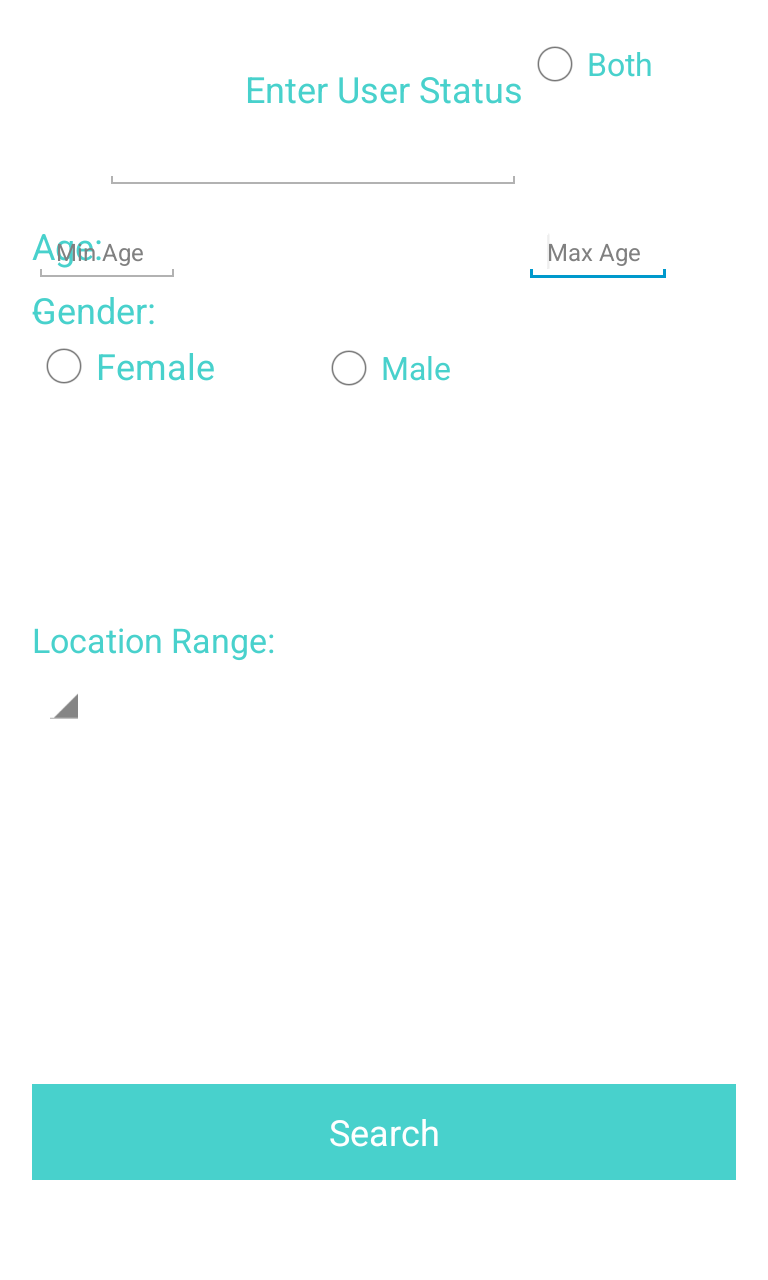
Repository: COMP231-S63G1/COMP231-S63G1
Layout: Wanna/res/layout/activity_search_user_filtration.xml
An editor plug-in stored every save of this project. The layout is shown before and after the next save, followed by the edit.
It is drawn on a 768 x 1280 px phone screen (xhdpi) without system bars, with theme AppTheme; the app's code is not run.

Above is the layout before, as saved 2014-11-27 17:32:38.

### Wanna/res/layout/activity_search_user_filtration.xml
<RelativeLayout xmlns:android="http://schemas.android.com/apk/res/android"
    xmlns:tools="http://schemas.android.com/tools"
    android:layout_width="match_parent"
    android:layout_height="match_parent"
    android:paddingBottom="@dimen/activity_vertical_margin"
    android:paddingLeft="@dimen/activity_horizontal_margin"
    android:paddingRight="@dimen/activity_horizontal_margin"
    android:paddingTop="@dimen/activity_vertical_margin"
    tools:context="com.example.wanna.SearchByStatus" >

    <TextView
        android:id="@+id/tvSearchUserStatus"
        android:layout_width="wrap_content"
        android:layout_height="wrap_content"
        android:layout_alignParentTop="true"
        android:layout_centerHorizontal="true"
        android:layout_marginTop="16dp"
        android:text="Enter User Status"
        android:textColor="#48D1CC"
        android:textSize="18sp" />

    <Button
        android:id="@+id/btnSearch"
        android:layout_width="fill_parent"
        android:layout_height="wrap_content"
        android:layout_alignParentBottom="true"
        android:layout_centerHorizontal="true"
        android:layout_marginBottom="34dp"
        android:background="#48D1CC"
        android:onClick="onSearchClick"
        android:text="Search"
        android:textColor="#ffffff" />

    <TextView
        android:id="@+id/tvAge"
        android:layout_width="wrap_content"
        android:layout_height="wrap_content"
        android:layout_alignLeft="@+id/btnSearch"
        android:layout_below="@+id/tvSearchUserStatus"
        android:layout_marginTop="54dp"
        android:text="Age:"
        android:textColor="#48D1CC"
        android:textSize="18sp" />

    <TextView
        android:id="@+id/tvdash"
        android:layout_width="wrap_content"
        android:layout_height="wrap_content"
        android:layout_alignLeft="@+id/btnSearch"
        android:layout_below="@+id/etMinAge"
        android:text="-"
        android:textColor="#48D1CC"
        android:textSize="18sp" />

    <TextView
        android:id="@+id/tvGender"
        android:layout_width="wrap_content"
        android:layout_height="wrap_content"
        android:layout_alignLeft="@+id/btnSearch"
        android:layout_below="@+id/etMaxAge"
        android:text="Gender:"
        android:textColor="#48D1CC"
        android:textSize="18sp" />

    <RadioGroup
        android:id="@+id/rgFilterGender"
        android:layout_width="wrap_content"
        android:layout_height="wrap_content"
        android:layout_alignLeft="@+id/btnSearch"
        android:layout_below="@+id/textView1"
        android:orientation="vertical" >
    </RadioGroup>

    <EditText
        android:id="@+id/etStatus"
        android:layout_width="wrap_content"
        android:layout_height="wrap_content"
        android:layout_below="@+id/tvSearchUserStatus"
        android:layout_toRightOf="@+id/tvAge"
        android:ems="10"
        android:inputType="text" />

    <EditText
        android:id="@+id/etMaxAge"
        android:layout_width="75sp"
        android:layout_height="wrap_content"
        android:layout_above="@+id/tvdash"
        android:layout_toRightOf="@+id/tvSearchUserStatus"
        android:ems="10"
        android:hint="Max Age"
        android:inputType="number"
        android:textSize="12sp" >

        <requestFocus />
    </EditText>

    <RadioButton
        android:id="@+id/rbtnFemale"
        android:layout_width="wrap_content"
        android:layout_height="wrap_content"
        android:layout_alignLeft="@+id/btnSearch"
        android:layout_below="@+id/tvdash"
        android:text="Female"
        android:textColor="#48D1CC"
        android:textSize="18sp" />

    <RadioButton
        android:id="@+id/rbtnMale"
        android:layout_width="wrap_content"
        android:layout_height="wrap_content"
        android:layout_alignBaseline="@+id/rbtnFemale"
        android:layout_alignBottom="@+id/rbtnFemale"
        android:layout_centerHorizontal="true"
        android:text="Male"
        android:textColor="#48D1CC" />

    <RadioButton
        android:id="@+id/rbtnBoth"
        android:layout_width="wrap_content"
        android:layout_height="wrap_content"
        android:layout_alignBaseline="@+id/radioButton1"
        android:layout_alignBottom="@+id/radioButton1"
        android:layout_toRightOf="@+id/tvSearchUserStatus"
        android:text="Both"
        android:textColor="#48D1CC" />

    <TextView
        android:id="@+id/textView1"
        android:layout_width="wrap_content"
        android:layout_height="wrap_content"
        android:layout_alignLeft="@+id/rgFilterGender"
        android:layout_centerVertical="true"
        android:text="Location Range:"
        android:textColor="#48D1CC"
        android:textSize="17sp" />

    <EditText
        android:id="@+id/etMinAge"
        android:layout_width="75sp"
        android:layout_height="wrap_content"
        android:layout_alignLeft="@+id/radioButton1"
        android:layout_alignTop="@+id/tvAge"
        android:ems="10"
        android:hint="Min Age"
        android:inputType="number"
        android:textSize="12sp" />

     <Spinner
         android:id="@+id/locationRange"
         android:layout_width="wrap_content"
         android:layout_height="wrap_content"
         android:layout_alignTop="@+id/rgFilterGender"
         android:layout_toRightOf="@+id/tvdash" />

</RelativeLayout>

Loaded but not shown: Wanna/res/values/styles.xml (common file); Wanna/res/values-v11/styles.xml (common file); Wanna/res/values-v14/styles.xml (common file); Wanna/res/values/dimens.xml (common file); Wanna/res/values-w820dp/dimens.xml (common file)

After the next save:
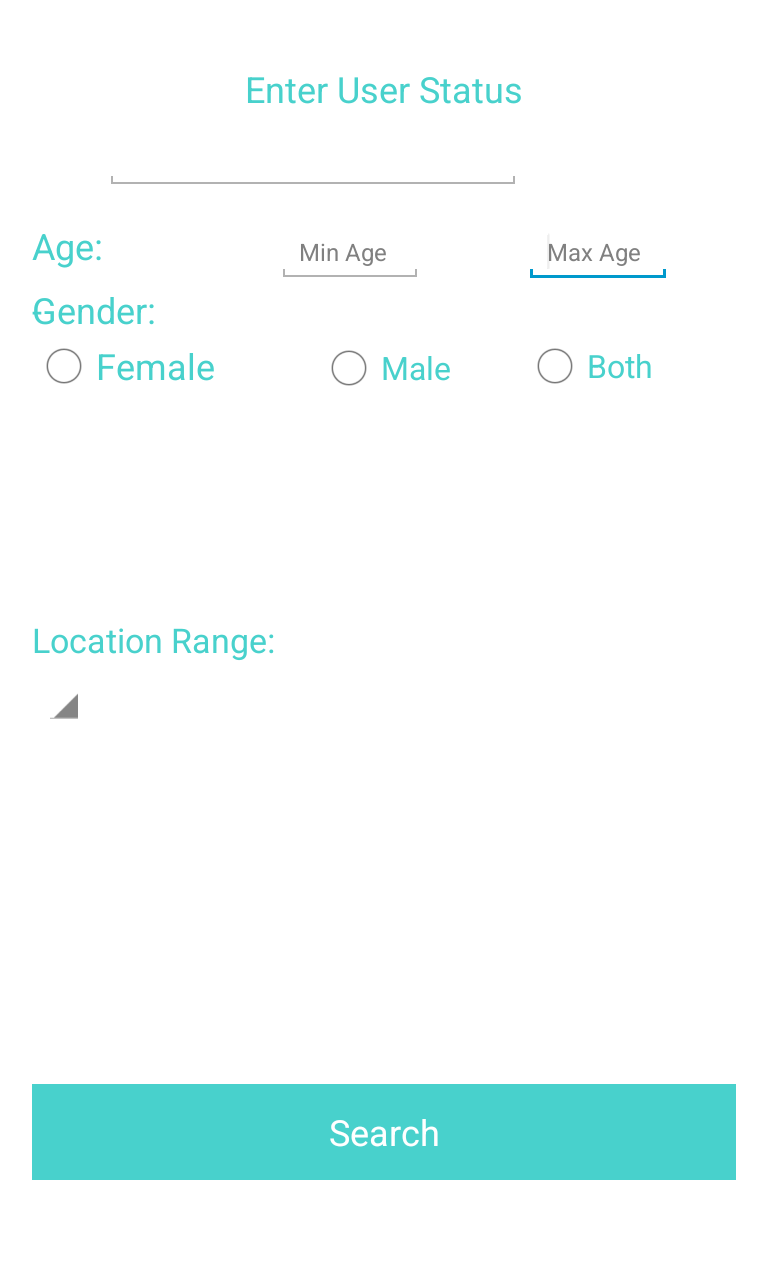
Saved 15 s later.
--- a/Wanna/res/layout/activity_search_user_filtration.xml
+++ b/Wanna/res/layout/activity_search_user_filtration.xml
@@ -114,16 +114,6 @@
         android:text="Male"
         android:textColor="#48D1CC" />
 
-    <RadioButton
-        android:id="@+id/rbtnBoth"
-        android:layout_width="wrap_content"
-        android:layout_height="wrap_content"
-        android:layout_alignBaseline="@+id/radioButton1"
-        android:layout_alignBottom="@+id/radioButton1"
-        android:layout_toRightOf="@+id/tvSearchUserStatus"
-        android:text="Both"
-        android:textColor="#48D1CC" />
-
     <TextView
         android:id="@+id/textView1"
         android:layout_width="wrap_content"
@@ -134,17 +124,6 @@
         android:textColor="#48D1CC"
         android:textSize="17sp" />
 
-    <EditText
-        android:id="@+id/etMinAge"
-        android:layout_width="75sp"
-        android:layout_height="wrap_content"
-        android:layout_alignLeft="@+id/radioButton1"
-        android:layout_alignTop="@+id/tvAge"
-        android:ems="10"
-        android:hint="Min Age"
-        android:inputType="number"
-        android:textSize="12sp" />
-
      <Spinner
          android:id="@+id/locationRange"
          android:layout_width="wrap_content"
@@ -152,4 +131,24 @@
          android:layout_alignTop="@+id/rgFilterGender"
          android:layout_toRightOf="@+id/tvdash" />
 
+     <RadioButton
+         android:id="@+id/rbtnBoth"
+         android:layout_width="wrap_content"
+         android:layout_height="wrap_content"
+         android:layout_below="@+id/tvGender"
+         android:layout_toRightOf="@+id/tvSearchUserStatus"
+         android:text="Both"
+         android:textColor="#48D1CC" />
+
+     <EditText
+         android:id="@+id/etMinAge"
+         android:layout_width="75sp"
+         android:layout_height="wrap_content"
+         android:layout_alignTop="@+id/tvAge"
+         android:layout_toRightOf="@+id/textView1"
+         android:ems="10"
+         android:hint="Min Age"
+         android:inputType="number"
+         android:textSize="12sp" />
+
 </RelativeLayout>
